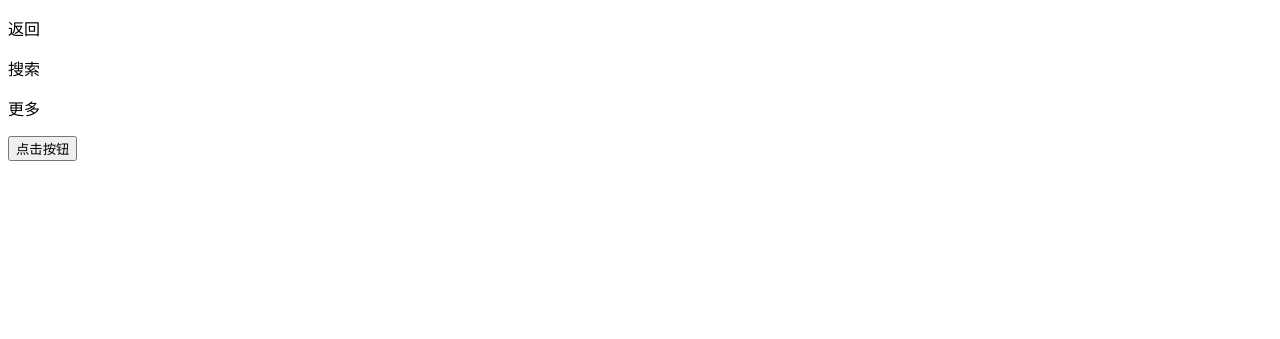
Repository: Hminister/learnReact
Page: /
The author's editor kept a copy of each file at every save. The page is drawn from the files as they stood at one save, then again after the next save.
The browser window is 1280 px wide. The pictures show the whole page.
The project was rebuilt for these pictures with package versions that can differ from the ones it lists, and the page was loaded fresh each time. Also part of the build but not shown: src/tabcontrl.css.

Above is the page before, as saved 2020-08-20 17:02:06.

### public/index.html
<!DOCTYPE html>
<html lang="en">

<head>
    <meta charset="utf-8" />
    <link rel="icon" href="%PUBLIC_URL%/favicon.ico" />
    <meta name="viewport" content="width=device-width, initial-scale=1" />
    <meta name="theme-color" content="#000000" />
    <meta name="description" content="Web site created using create-react-app" />
    <!--
      manifest.json provides metadata used when your web app is installed on a
      user's mobile device or desktop. See https://developers.google.com/web/fundamentals/web-app-manifest/
    -->
    <!--
      Notice the use of %PUBLIC_URL% in the tags above.
      It will be replaced with the URL of the `public` folder during the build.
      Only files inside the `public` folder can be referenced from the HTML.

      Unlike "/favicon.ico" or "favicon.ico", "%PUBLIC_URL%/favicon.ico" will
      work correctly both with client-side routing and a non-root public URL.
      Learn how to configure a non-root public URL by running `npm run build`.
    -->
    <title>React App</title>
</head>

<body>
    <noscript>You need to enable JavaScript to run this app.</noscript>
    <div id="root"></div>
    <!--
      This HTML file is a template.
      If you open it directly in the browser, you will see an empty page.

      You can add webfonts, meta tags, or analytics to this file.
      The build step will place the bundled scripts into the <body> tag.

      To begin the development, run `npm start` or `yarn start`.
      To create a production bundle, use `npm run build` or `yarn build`.
    -->
</body>

</html>

### src/index.js
import React from 'react'

import ReactDOM from 'react-dom'

import App from './app'

import './tabcontrl.css'

ReactDOM.render(<App />, document.getElementById('root'))

### src/app.js
import React, { Component } from 'react'

class NavBar extends Component {
    constructor(props) {
        super(props)
    }
    render () {
        return (
            <div>
                <p>{this.props.children[0]}</p>
                <p>{this.props.children[1]}</p>
                <p>{this.props.children[2]}</p>
                <div>{this.props.endSlot}</div>
            </div>
        )

    }
}
export default class App extends Component {
    constructor(props) {
        super(props)
    }
    render () {
        const slot = <button>点击按钮</button>
        return (
            <NavBar endSlot={slot}>
                <span>返回</span>
                <span>搜索</span>
                <span>更多</span>
            </NavBar>
        )
    }
}

After the next save:
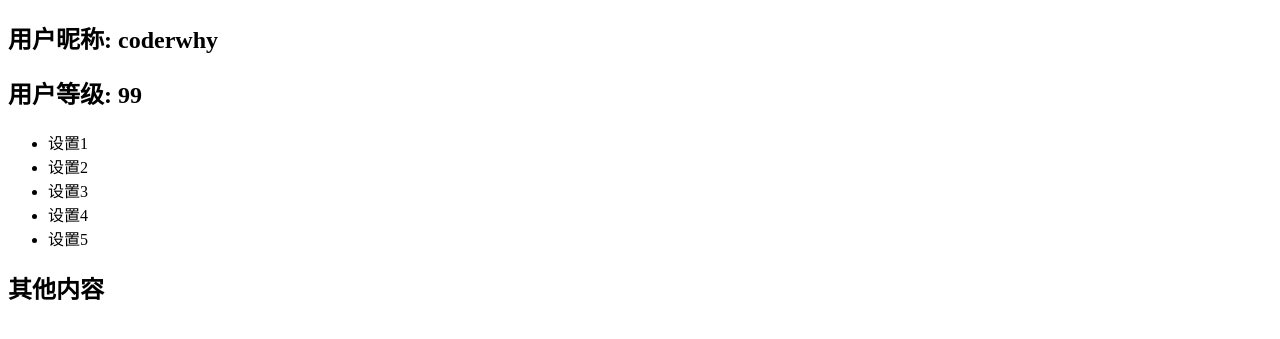
Saved 44 min 59 s later.
--- a/src/app.js
+++ b/src/app.js
@@ -1,33 +1,49 @@
-import React, { Component } from 'react'
+import React, { Component } from 'react';
 
-class NavBar extends Component {
-    constructor(props) {
-        super(props)
-    }
+function ProfileHeader (props) {
+    return (
+        <div>
+            <h2>用户昵称: {props.nickname}</h2>
+            <h2>用户等级: {props.level}</h2>
+        </div>
+    )
+}
+
+class Profile extends Component {
     render () {
         return (
             <div>
-                <p>{this.props.children[0]}</p>
-                <p>{this.props.children[1]}</p>
-                <p>{this.props.children[2]}</p>
-                <div>{this.props.endSlot}</div>
+                <ProfileHeader nickname={this.props.nickname} level={this.props.level} />
+                <ul>
+                    <li>设置1</li>
+                    <li>设置2</li>
+                    <li>设置3</li>
+                    <li>设置4</li>
+                    <li>设置5</li>
+                </ul>
             </div>
-        )
-
-    }
-}
-export default class App extends Component {
-    constructor(props) {
-        super(props)
-    }
-    render () {
-        const slot = <button>点击按钮</button>
-        return (
-            <NavBar endSlot={slot}>
-                <span>返回</span>
-                <span>搜索</span>
-                <span>更多</span>
-            </NavBar>
         )
     }
 }
+
+export default class App extends Component {
+    constructor() {
+        super();
+
+        this.state = {
+            nickname: "coderwhy",
+            level: 99
+        }
+    }
+
+    render () {
+        const { nickname, level } = this.state;
+
+        return (
+            <div>
+                <Profile nickname={nickname} level={level} />
+                <h2>其他内容</h2>
+            </div>
+        )
+    }
+}
